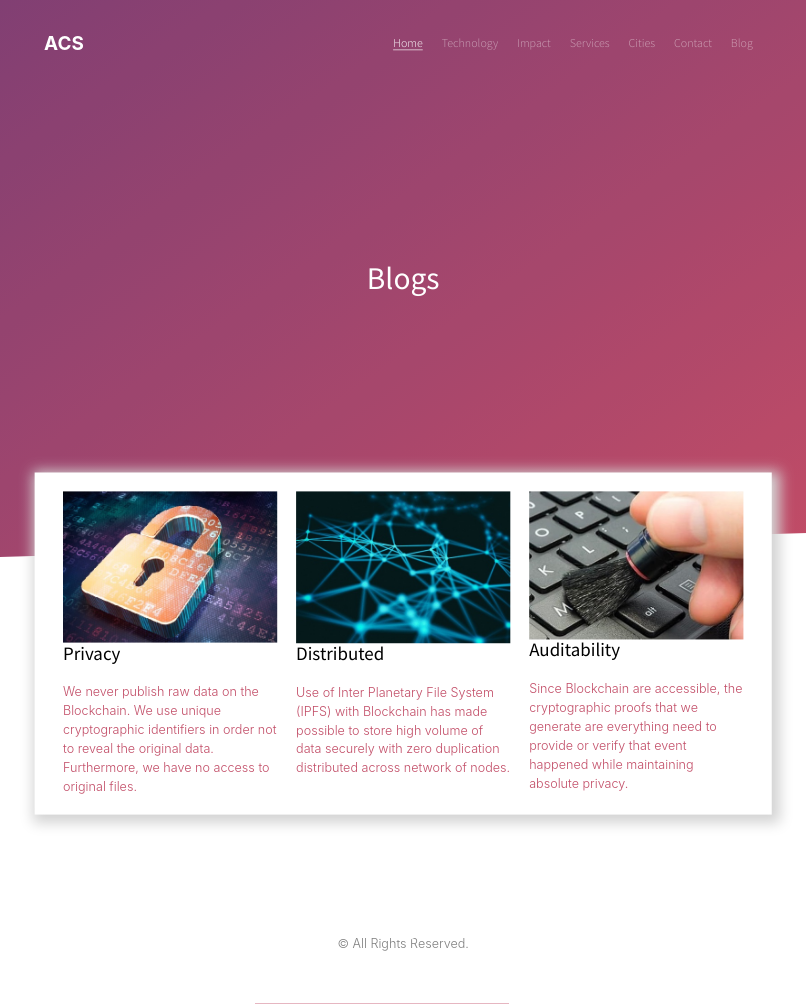
Repository: agarwalrahul-22/acs
Page: /blog
These files come from the project's save history. The page is drawn as it stood at one moment and after the next save; the edit follows.
The browser window is 1280 px wide. The pictures show the whole page, at 63% of full size.
Some web fonts or font styles are not loaded; a fallback is used. The project was rebuilt for these pictures with package versions that can differ from the ones it lists, and the page was loaded fresh each time. Also part of the build but not shown: src/components/main/LandingComponent.js, src/components/main/TechComponent.js, src/components/main/ImpactComponent.js, src/components/main/ServicesComponent.js, src/components/main/CitiesComponent.js, src/components/main/ContactComponent.js, src/components/MainComponent.js, src/components/IBlogComponent.js.

Above is the page before, as saved 2022-10-10 22:26:21.

After the next save:
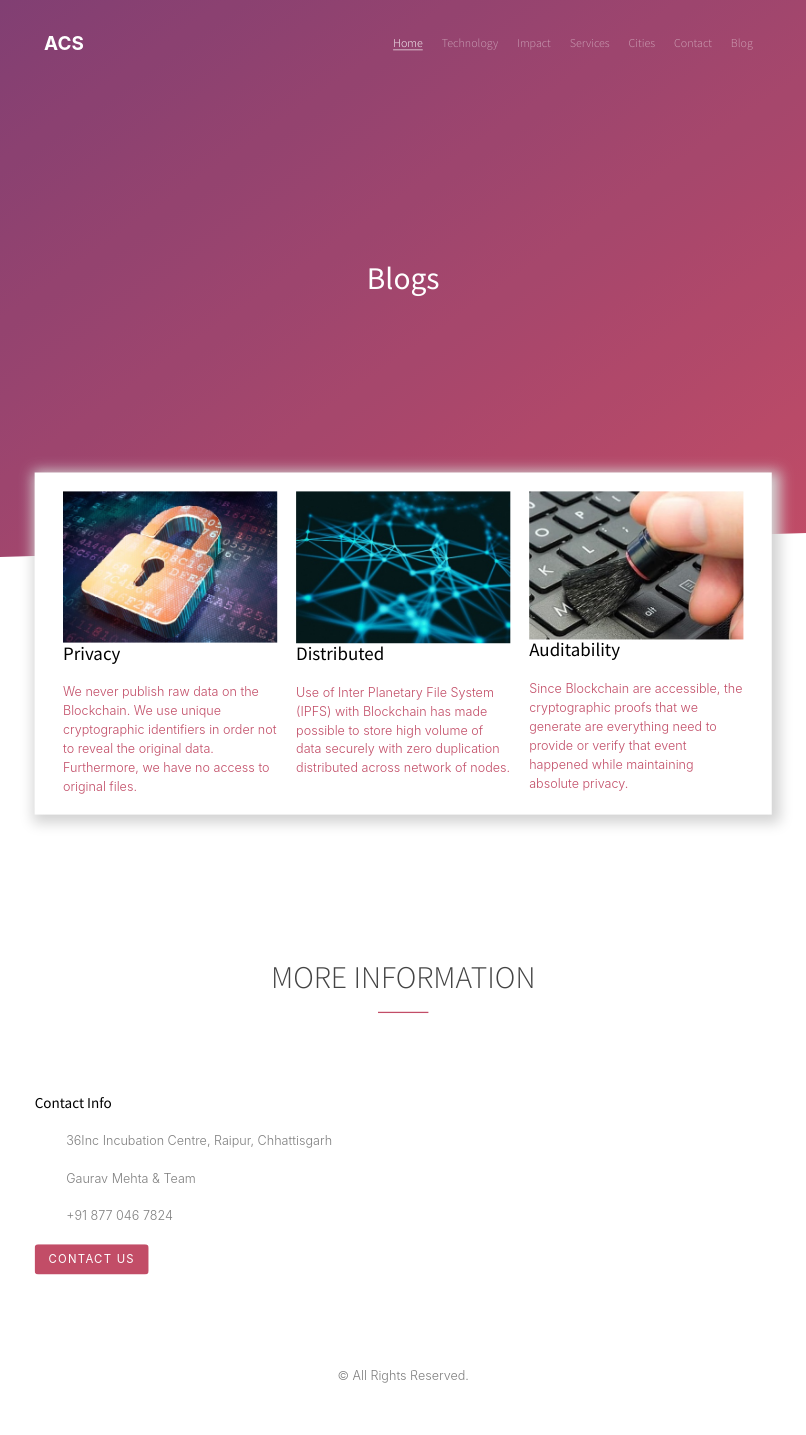
Saved 38 s later.
--- a/src/components/FooterComponent.js
+++ b/src/components/FooterComponent.js
@@ -3,6 +3,42 @@ import React from 'react'
 export default function FooterComponent() {
   return (
     <div>
+      <section id="fh5co-contact" data-section="contact">
+        <div className="container">
+          <div className="row">
+            <div className="col-md-12 section-heading text-center">
+              <h2 className="to-animate">More Information</h2>
+            </div>
+            <div className="row row-bottom-padded-md">
+              <div className="col-md-6 to-animate">
+                <h3>Contact Info</h3>
+                <ul className="fh5co-contact-info">
+                  <li>
+                    <i className="icon-home"></i>36Inc Incubation Centre,
+                    Raipur, Chhattisgarh
+                  </li>
+                  <li>
+                    <i className="icon-envelope"></i>Gaurav Mehta & Team
+                  </li>
+                  <li>
+                    <i className="icon-phone"></i>+91 877 046 7824
+                  </li>
+                </ul>
+                <div className="form-group ">
+                  <a
+                    rel="noopener"
+                    className="btn btn-primary btn-lg"
+                    target="_blank"
+                    href="https://docs.google.com/forms/d/e/1FAIpQLScY8eRM8vKYqxOk8EkxHlNGjagj-Hm-ePQu4LbVlgjD5vNo3w/viewform"
+                  >
+                    Contact Us
+                  </a>
+                </div>
+              </div>
+            </div>
+          </div>
+        </div>
+      </section>
       <footer id="footer" role="contentinfo">
         <a href="#" className="gotop js-gotop">
           <i className="icon-arrow-up2"></i>
